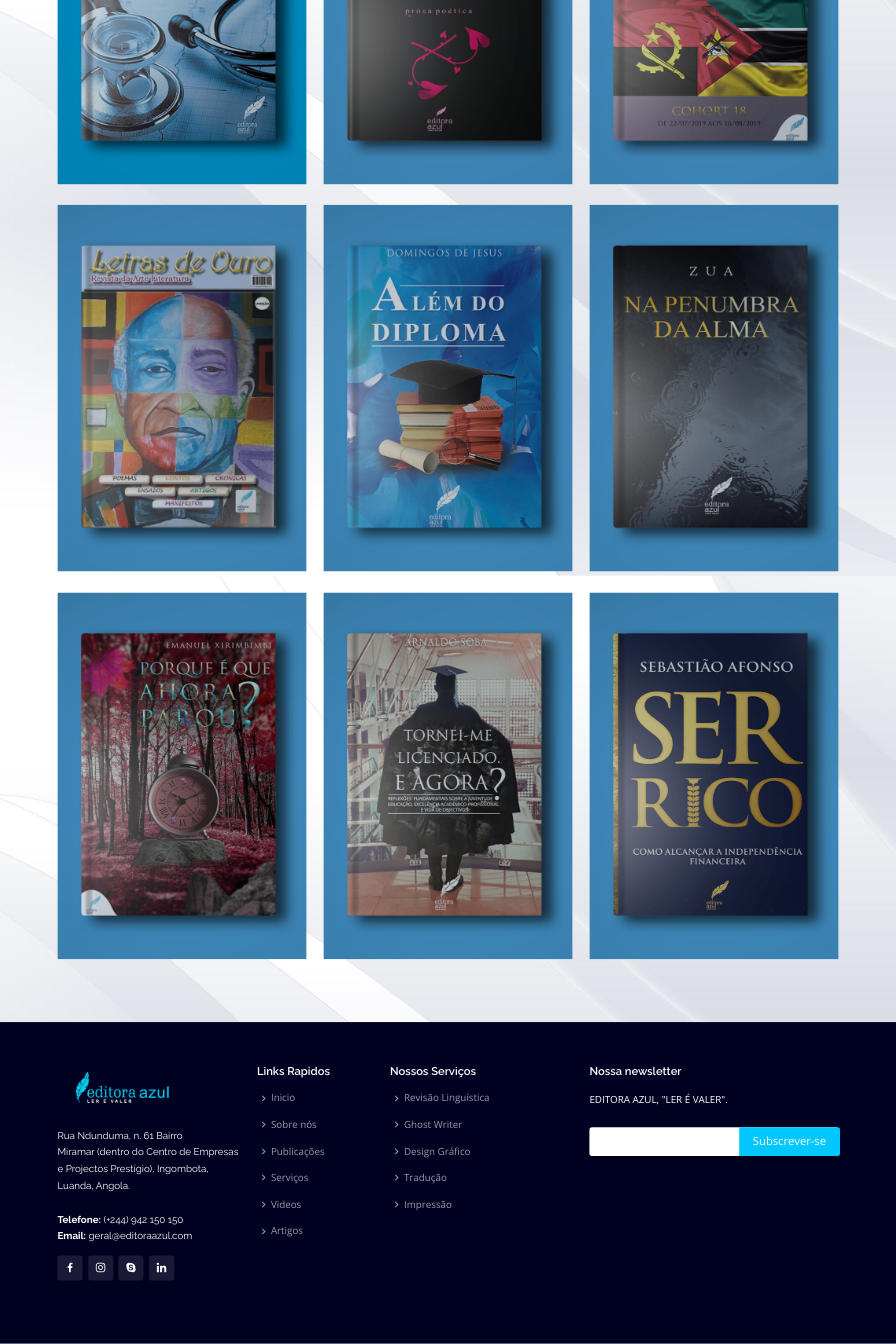
Repository: caioteca/editoraazul
Page: index.html
These files come from the project's save history. The page is drawn as it stood at one moment and after the next save; the edit follows.
The browser window is 1280 px wide. The pictures show the part of the page from y = 1198 to 3118 px (the page is 3118 px tall), at 70% of full size.

Above is the page before, as saved 2022-11-25 11:25:03.

After the next save:
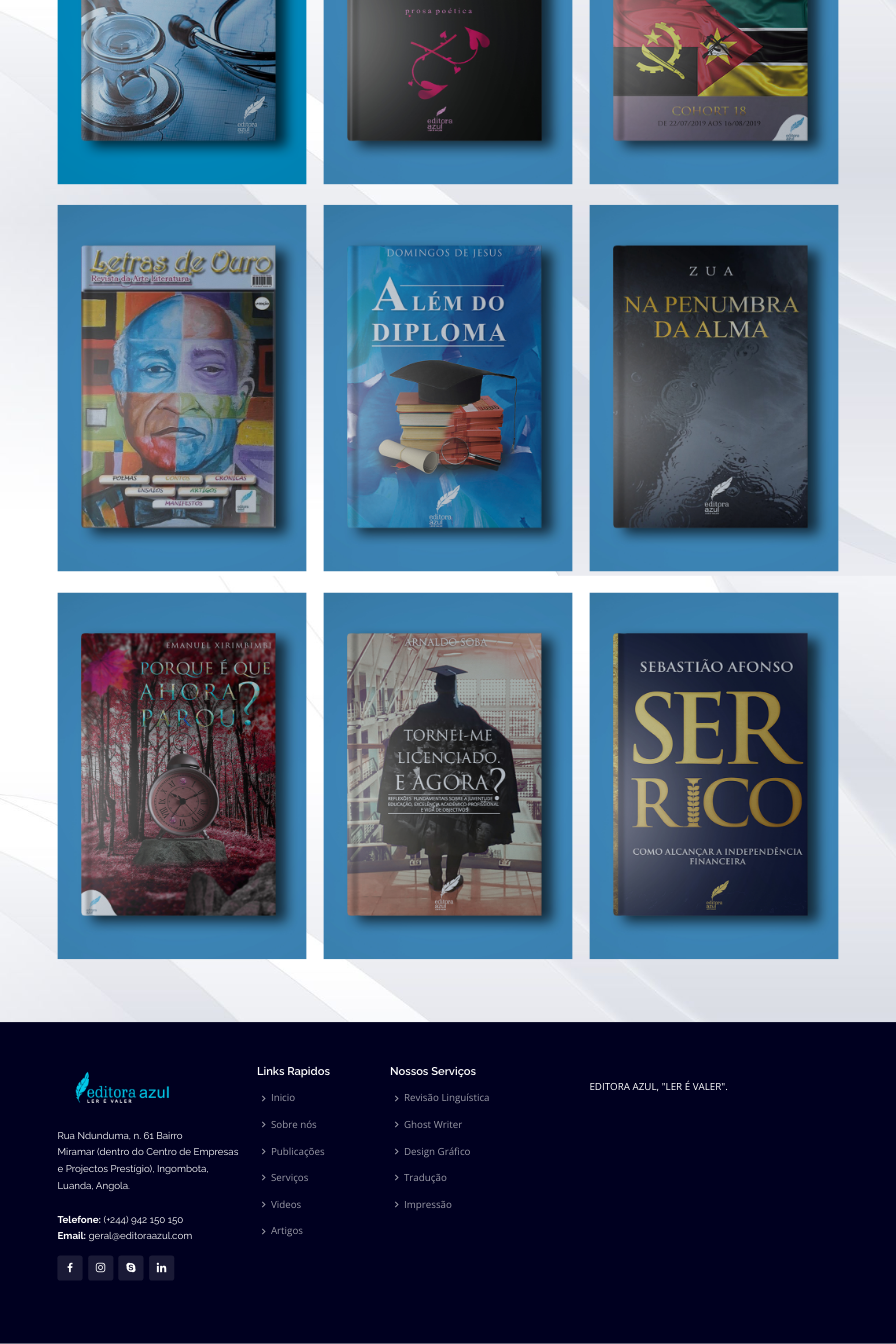
Saved 43 s later.
--- a/index.html
+++ b/index.html
@@ -627,16 +627,10 @@
             </div>
 
             <div class="col-lg-4 col-md-6 footer-newsletter">
-              <h4>Nossa newsletter</h4>
+              <h4></h4>
               <p>
                 EDITORA AZUL, "LER É VALER".
               </p>
-              <form action="" method="post">
-                <input type="email" name="email" /><input
-                  type="submit"
-                  value="Subscrever-se"
-                />
-              </form>
             </div>
           </div>
         </div>
